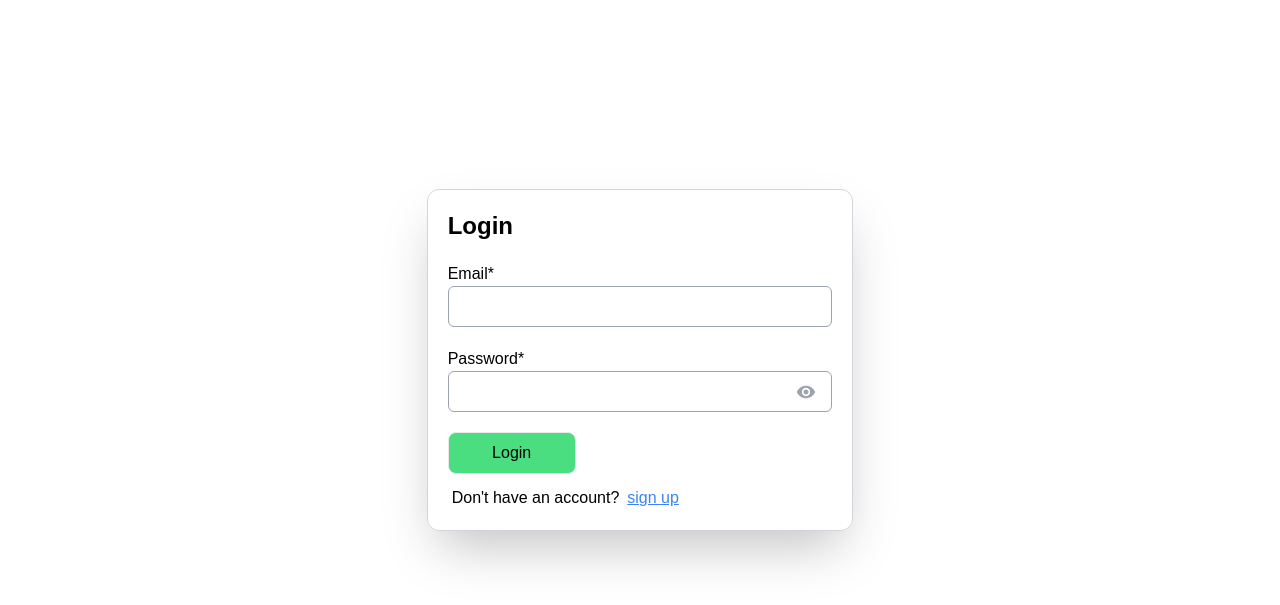
Repository: Qu4ntumGuy/support-ai
Page: /auth (app in frontend/)
The author's editor kept a copy of each file at every save. The page is drawn from the files as they stood at one save, then again after the next save.
The browser window is 1280 px wide. The pictures show the whole page.
The project was rebuilt for these pictures with package versions that can differ from the ones it lists, and the page was loaded fresh each time.

Above is the page before, as saved 2024-07-13 21:25:37.

After the next save:
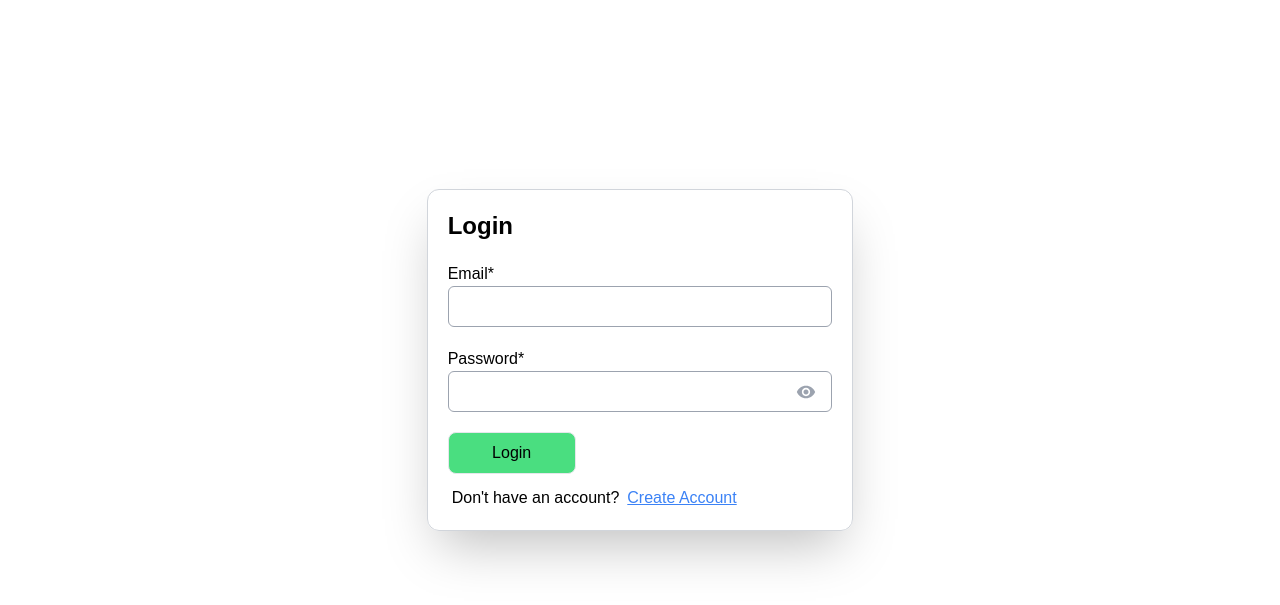
Saved 7 s later.
--- a/frontend/src/Pages/Auth/Auth.js
+++ b/frontend/src/Pages/Auth/Auth.js
@@ -71,7 +71,7 @@ function Auth() {
           <div className="flex mt-3 ml-1">
             <div>Don&apos;t have an account? </div>
             <Link to="/auth/register" className="text-blue-500 ml-2 underline">
-              sign up
+              Create Account
             </Link>
           </div>
         </div>
